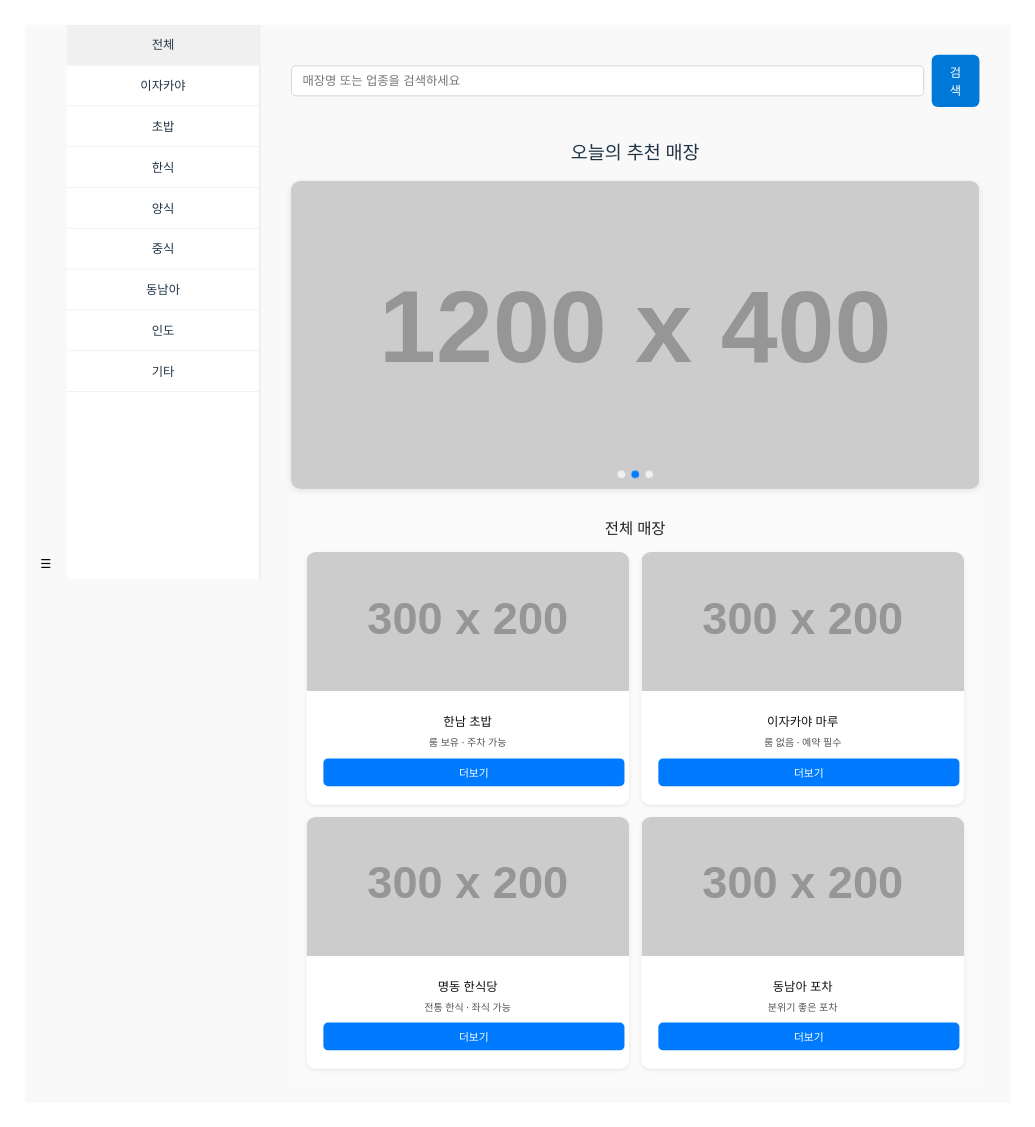
Repository: noiredex/Choplan-API
Page: / (app in choplan/frontend_main/)
These files come from the project's save history. The page is drawn as it stood at one moment and after the next save; the edit follows.
The browser window is 1280 px wide. The page is 1344 px wide, so the pictures cover 1344 px, including what lies to the right of the window. The pictures show the whole page, at 77% of full size.
The project was rebuilt for these pictures with package versions that can differ from the ones it lists, and the page was loaded fresh each time. Also part of the build but not shown: choplan/frontend_main/vite.config.js, choplan/frontend_main/vite.config.ts, choplan/frontend_main/src/styles/StoreDetailPage.css, choplan/frontend_main/src/pages/StoreDetailPage.jsx.

Above is the page before, as saved 2025-10-23 11:08:52.

After the next save:
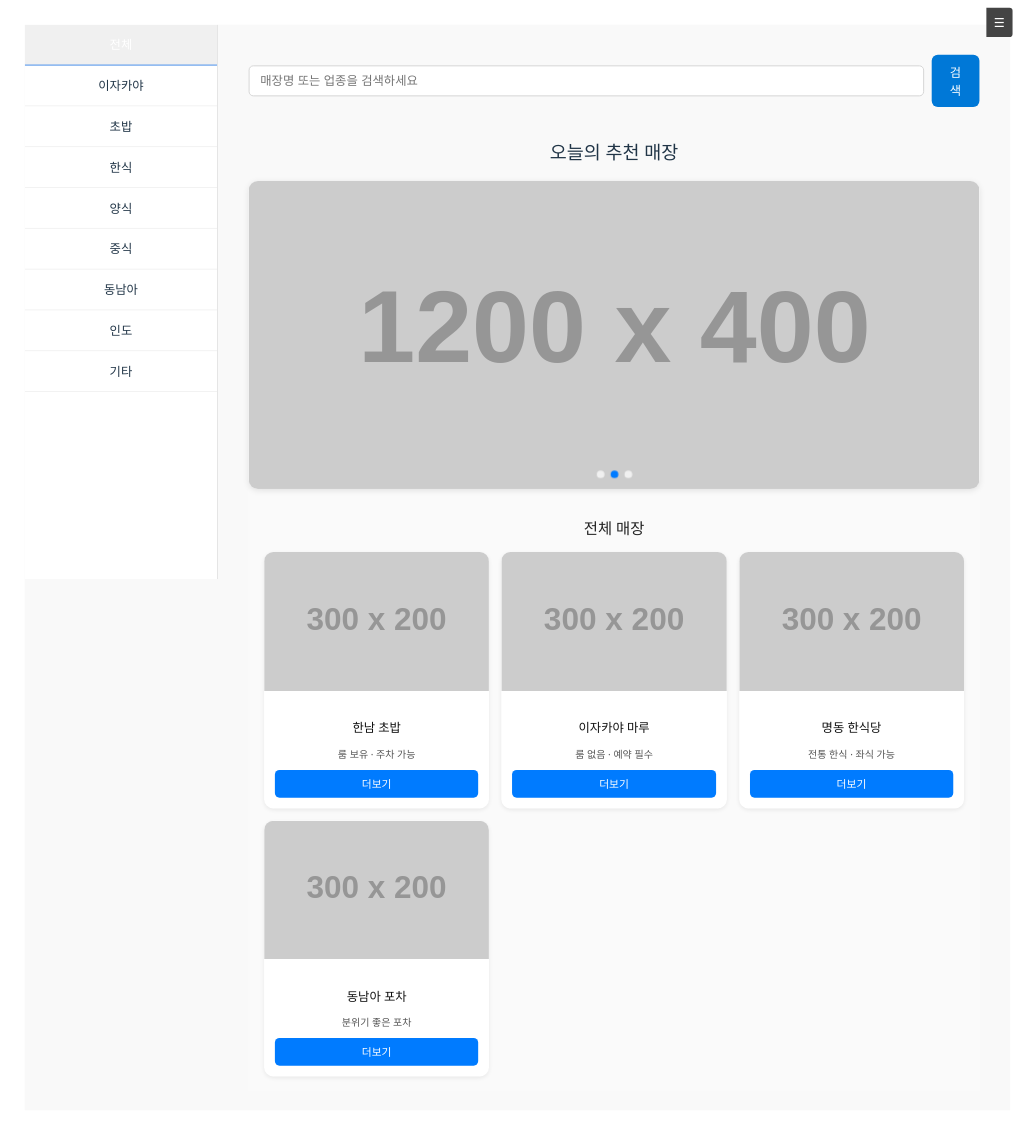
Saved 13 s later.
--- a/choplan/frontend_main/src/styles/Sidebar.css
+++ b/choplan/frontend_main/src/styles/Sidebar.css
@@ -1,71 +1,77 @@
-.recommended-stores {
-  padding: 20px;
-  background: #fafafa;
+.sidebar {
+  position: relative;
+  width: 220px;
+  background: #ffffff;
+  border-right: 1px solid #ddd;
+  height: 100vh;
+  overflow: hidden;
+  transition: transform 0.3s ease-in-out;
 }
 
-.recommended-stores h2 {
-  font-size: 20px;
-  margin-bottom: 10px;
+.sidebar.open {
+  transform: translateX(0);
 }
 
-.category-filter {
-  display: flex;
-  gap: 8px;
-  overflow-x: auto;
-  margin-bottom: 16px;
+.sidebar-toggle {
+  position: absolute;
+  top: 10px;
+  right: -35px;
+  background: #444;
+  color: white;
+  border: none;
+  padding: 8px 10px;
+  border-radius: 0 4px 4px 0;
+  cursor: pointer;
 }
 
-.category-btn {
-  padding: 8px 14px;
-  border-radius: 20px;
-  background: #e8e8e8;
-  border: none;
+.sidebar-list {
+  list-style: none;
+  padding: 0;
+  margin: 50px 0 0 0;
+  max-height: calc(100vh - 60px);
+  overflow-y: auto;
+}
+
+/* “전체” 항목 상단 고정 */
+.sidebar-list li:first-child {
+  position: sticky;
+  top: 0;
+  background: #ffffff;
+  z-index: 3;
+  font-weight: bold;
+  color: #000;
+  border-bottom: 1px solid #eee;
+}
+
+/* 일반 카테고리 스타일 */
+.sidebar-list li {
+  padding: 14px 18px;
   cursor: pointer;
   transition: all 0.2s;
-  white-space: nowrap;
+  border-bottom: 1px solid #f5f5f5;
 }
 
-.category-btn.active {
-  background: #007bff;
-  color: white;
+.sidebar-list li:hover {
+  background-color: #f7f7f7;
 }
 
-.store-grid {
-  display: grid;
-  grid-template-columns: 1fr 1fr;
-  gap: 12px;
+.sidebar-list li.active {
+  background-color: #1a73e8;
+  color: white;
+  font-weight: 600;
+  border-bottom: 1px solid #1a73e8;
 }
 
-.store-card {
-  background: white;
-  border-radius: 10px;
-  overflow: hidden;
-  box-shadow: 0 1px 4px rgba(0, 0, 0, 0.1);
+/* 스크롤바 스타일 */
+.sidebar-list::-webkit-scrollbar {
+  width: 6px;
 }
 
-.store-card img {
-  width: 100%;
-  height: 120px;
-  object-fit: cover;
+.sidebar-list::-webkit-scrollbar-thumb {
+  background: #ccc;
+  border-radius: 3px;
 }
 
-.store-card h3 {
-  margin: 8px;
-  font-size: 16px;
+.sidebar-list::-webkit-scrollbar-thumb:hover {
+  background: #999;
 }
-
-.store-card p {
-  margin: 0 8px 8px;
-  color: #555;
-  font-size: 13px;
-}
-
-.store-card button {
-  margin: 0 8px 10px;
-  padding: 6px 10px;
-  border-radius: 6px;
-  background: #007bff;
-  color: white;
-  border: none;
-  cursor: pointer;
-}
